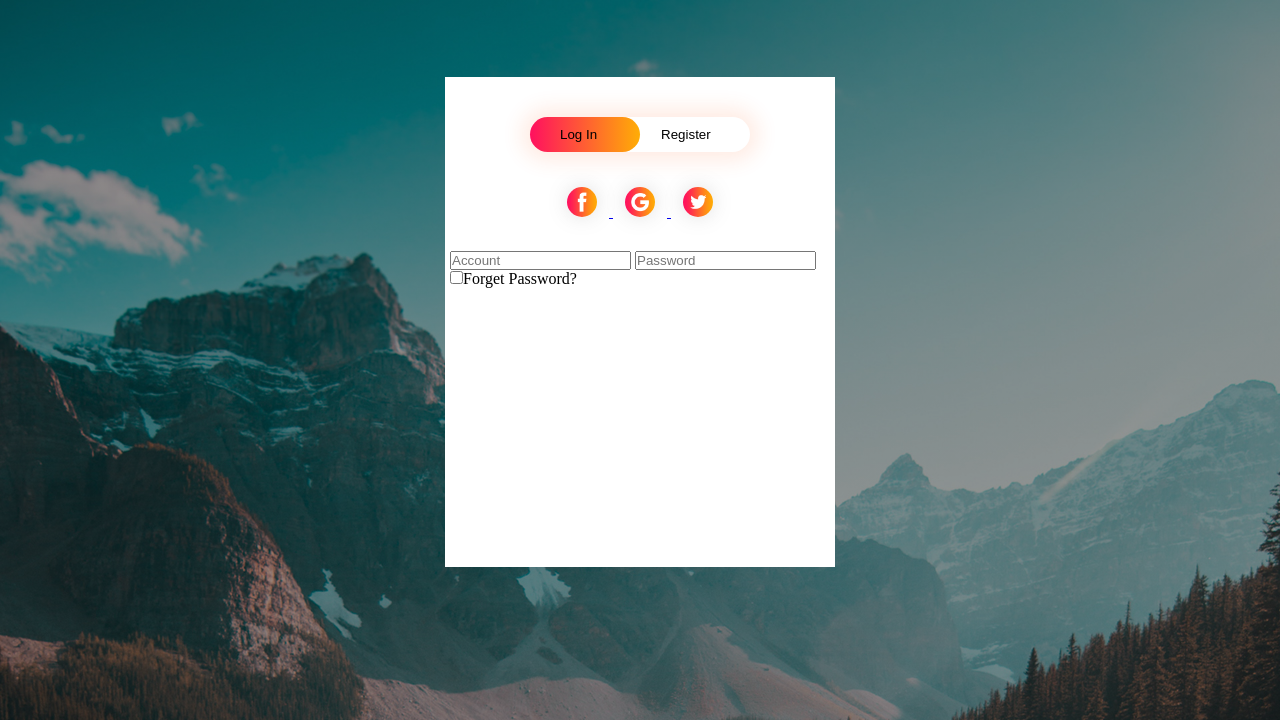
Repository: dung8466/Sign_in_page
Page: index.html
The author's editor kept a copy of each file at every save. The page is drawn from the files as they stood at one save, then again after the next save.
The browser window is 1280 px wide. The pictures show the whole page.

Above is the page before, as saved 2021-10-06 22:33:53.

### index.html
<!DOCTYPE html>
<!DOCTYPE html>
<html lang="en">
<head>
    <meta charset="UTF-8">
    <meta http-equiv="X-UA-Compatible" content="IE=edge">
    <meta name="viewport" content="width=device-width, initial-scale=1.0">
    <title>Sign In</title>
    <link rel="stylesheet" href="style.css">
</head>
<body>
    <div class="main-pg">
        <div class="sign-in-form">
            <div class="button-box">
                <div id="btn"></div>
                <button type="button" class="toggle-btn">Log In</button>
                <button type="button" class="toggle-btn">Register</button>
            </div>
            <div class="social-icon">
                <a href="https://www.facebook.com/">
                    <img src="src/fb.png" alt="">
                </a>
                <a href="https://www.google.com/">
                    <img src="src/gp.png" alt="">
                </a>
                <a href="https://twitter.com/">
                    <img src="src/tw.png" alt="">
                </a>
            </div>
            <form action="" class="int-grp">
                <input type="text" class="input-filed" placeholder="Account" required>
                <input type="text" class="input-filed" placeholder="Password" required>
                <input type="checkbox" class="checkbox"><span>Forget Password?</span>
            </form>
        </div>
    </div>
</body>
</html>

### style.css
*{
    margin: 0;
    padding: 0;
}

.main-pg{
    height: 100%;
    width: 100%;
    background-image: linear-gradient(rgba(0,0,0,0.4),rgba(0,0,0,0.4)),url("src/banner.jpg");
    background-position: center;
    background-size: cover;
    position: absolute;
}

.sign-in-form{
    width: 380px;
    height: 480px;
    position: relative;
    margin: 6% auto;
    background: #fff;
    padding: 5px;
}

.button-box{
    width: 220px;
    margin: 35px auto;
    position: relative;
    box-shadow: 0 0 20px 9px #ff61241f;
    border-radius: 30px;
}

.toggle-btn{
    padding: 10px 30px;
    cursor: pointer;
    background: transparent;
    border: 0;
    outline: none;
    position: relative;
}

#btn{
    width: 110px;
    height: 100%;
    top: 0;
    left: 0;
    position: absolute;
    background: linear-gradient(to right,#ff105f,#ffad06);
    border-radius: 30px;
    transition: .5s;
}

.social-icon{
    margin: 30px auto;
    text-align: center;
}

.social-icon img{
    width: 30px;
    margin: 0 12px;
    box-shadow: 0 0 20px 0 #7f7f7f3d;
    border-radius: 50%;
}

After the next save:
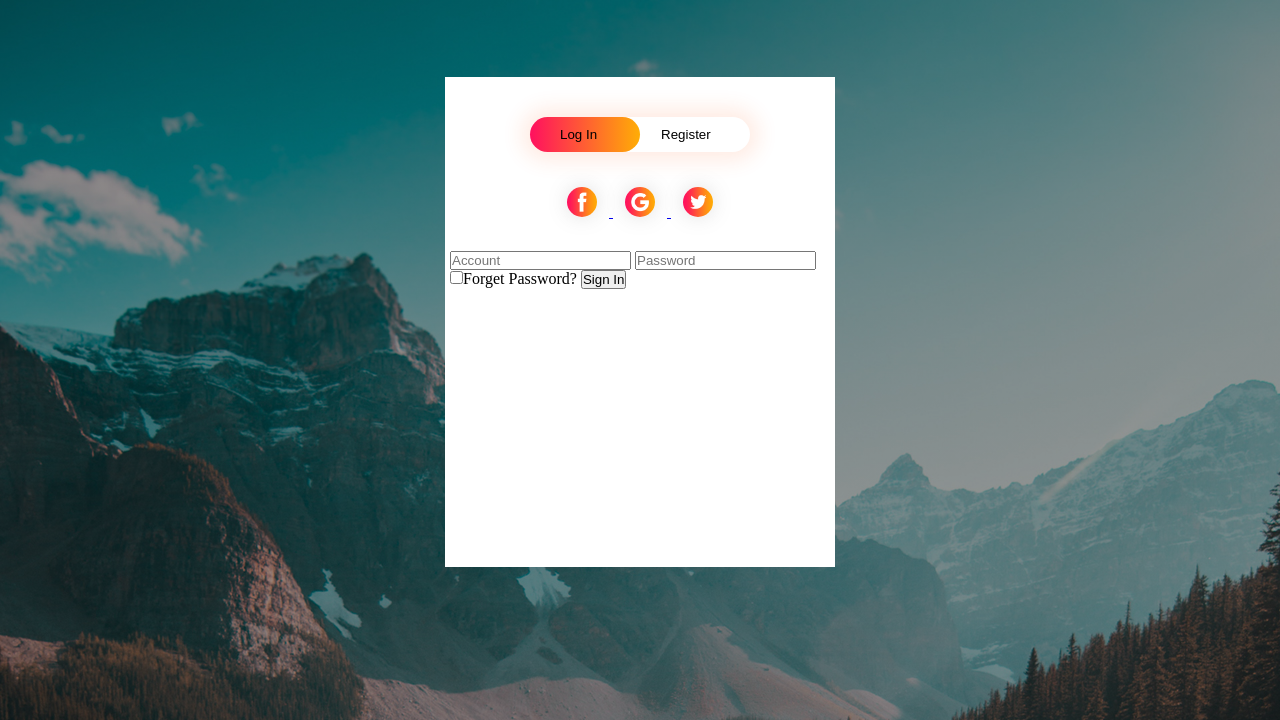
Saved 38 s later.
--- a/index.html
+++ b/index.html
@@ -31,6 +31,7 @@
                 <input type="text" class="input-filed" placeholder="Account" required>
                 <input type="text" class="input-filed" placeholder="Password" required>
                 <input type="checkbox" class="checkbox"><span>Forget Password?</span>
+                <button type="submit" class="sign-in">Sign In</button>
             </form>
         </div>
     </div>
